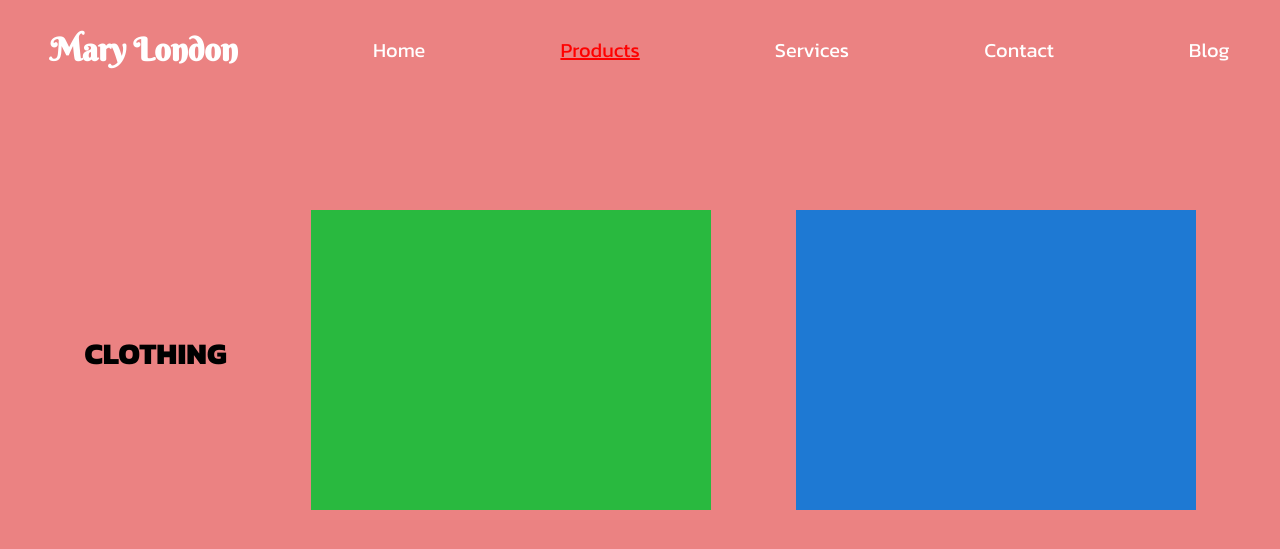
Repository: Habeebur1493/test2
Page: /products/clothing
An editor plug-in stored every save of this project. The page is shown before and after the next save, followed by the edit.
The browser window is 1280 px wide. The pictures show the whole page.
The project was rebuilt for these pictures with package versions that can differ from the ones it lists, and the page was loaded fresh each time. Also part of the build but not shown: vite.config.js, src/Frontend/Loader/loaderstyle.css, src/Frontend/Firstpage/Home.jsx, src/Frontend/Firstpage/Products.jsx, src/Frontend/Firstpage/Services.jsx, src/Frontend/Firstpage/Contact.jsx, src/Frontend/Firstpage/Blog.jsx.

Above is the page before, as saved 2024-12-28 20:51:49.

### index.html
<!doctype html>
<html lang="en">
  <head>
    <meta charset="UTF-8" />
    <meta name="viewport" content="width=device-width, initial-scale=1.0" />
    <link rel="stylesheet" href="https://fonts.googleapis.com/css2?family=Archivo:ital,wght@0,100..900;1,100..900&display=swap">
    <link href='https://unpkg.com/boxicons@2.1.4/css/boxicons.min.css' rel='stylesheet'>
    <title>MaryLondon</title>
  </head>
  <body>


    <div id="root"></div>
    <script type="module" src="/src/main.jsx"></script>
  </body>
</html>

### src/main.jsx
import { createRoot } from "react-dom/client";
import "./index.css";
import App from "./App";
import FrontendContext from "./context/FrontendContext";
import { BrowserRouter } from "react-router-dom";

createRoot(document.getElementById("root")).render(
  <FrontendContext>
    <BrowserRouter>
      <App />
    </BrowserRouter>
  </FrontendContext>
);

### src/App.jsx
import React from "react";
import { Route, Routes } from "react-router-dom";
import Pageloader from "./Frontend/Loader/PageLoader";
import Page1 from "./Frontend/Firstpage/Page1";
import Home from "./Frontend/Firstpage/Home";
import Products from "./Frontend/Firstpage/Products";
import Services from "./Frontend/Firstpage/Services";
import Contact from "./Frontend/Firstpage/Contact";
import Blog from "./Frontend/Firstpage/Blog";
import Nav from "./Frontend/Firstpage/Nav";
import "./App.css";
import "./Frontend/Firstpage/page1.css";
import "./Frontend/Loader/loaderstyle.css";
import ClothingDetails from "./Frontend/Firstpage/ClothingDetails";

const App = () => {
  const banners = [
    "https://s7ap1.scene7.com/is/image/adityabirlafashion/AS_D_HB_285_11_24_WinterRetreat_V1?resMode=sharp2&wid=1600&hei=642",
    "https://m.media-amazon.com/images/S/aplus-media-library-service-media/a79fdedf-c088-4a27-925a-5948d42135e6.__CR0,0,1464,600_PT0_SX1464_V1___.jpg",
    "https://images.hindustantimes.com/tech/img/2021/10/06/1600x900/IMG-20211005-WA0007_1633522371964_1633522436021.jpg",
    "https://www.sony.co.in/content/dam/sony/contents/regional-FSMC/india/common/homepage/primary-tout/2024/cich-bravia/CICH-Banner_D.jpg",
    "https://www.boat-lifestyle.com/cdn/shop/files/480_Desktop_2_1440x.png?v=1733813003",
    "https://graphicsfamily.com/wp-content/uploads/2020/07/Shoes-Advertising-Banner-Design-Template-1536x864.jpg",
  ];

  return (
    <div>
      <Pageloader />
      <Page1 />
      <Nav />
      <Routes>
        <Route path="/" element={<Home banners={banners} />} />
        <Route path="/products" element={<Products />} />
        <Route path="/products/:category" element={<ClothingDetails />} />
        <Route path="/services" element={<Services />} />
        <Route path="/contact" element={<Contact />} />
        <Route path="/blog" element={<Blog />} />
      </Routes>
    </div>
  );
};

export default App;

### src/context/FrontendContext.jsx
import { createContext, useState } from "react";




export const datacontext = createContext(null);

const FrontendContext = (props) => {
  const [data, setData] = useState("");

return (
  <datacontext.Provider value={[data, setData]}>
    {props.children}
  </datacontext.Provider>
);
};

export default FrontendContext;

### src/Frontend/Loader/PageLoader.jsx
import React, { useState, useEffect } from "react";
import { gsap } from "gsap";
import "./loaderstyle.css";





const App = () => {
  const [showScreen, setShowScreen] = useState(true);

  // Helper function to split text into individual letters
  const splitText = (text) =>
    text.split("").map((char, index) => (
      <span key={index} className="letter">
        {char}
      </span>
    ));

  // Part 1: Animation for spinning letters
  useEffect(() => {
    const letters = document.querySelectorAll(".letter");

    const animation = gsap.fromTo(
      letters,
      { rotationY: 0 },
      {
        rotationY: 360,
        duration: 1,
        repeat: -1,
        ease: "power1.inOut",
        stagger: 0.1,
      }
    );

    return () => {
      animation.kill();
    };
  }, []);

  // Part 2: Screen timeout
  useEffect(() => {
    const timer = setTimeout(() => {
      setShowScreen(false);
    }, 3000);

    return () => clearTimeout(timer);
  }, []);

  return (
    <div>
      {showScreen ? (
        <div className="screen">
          <div className="text-container">
            <div className="text">{splitText("Mary")}</div>
            <div className="loader"></div>
            <div className="text">{splitText("London")}</div>
          </div>
        </div>
      ) : (
        <div>

        </div>
      )}
    </div>
  );
};

export default App;

### src/Frontend/Firstpage/Page1.jsx
import React from "react";
import "./page1.css";


const Page1 = () => {
  return (
    <div className="page1">

    </div>
  );
};

export default Page1;

### src/Frontend/Firstpage/Nav.jsx
import React, { useEffect } from "react";
import { NavLink } from "react-router-dom";
import gsap from "gsap";
import "./page1.css";

const Nav = () => {
  const activeStyle = {
    textDecoration: "underline",
    color: "red",

};

  useEffect(() => {
    const navLinks = document.querySelectorAll("nav a");


    // Animate the navigation links
    gsap.from(navLinks, {
      opacity: 0,
      x: -50,
      duration: 1,
      delay: 4,
      stagger: 0.2, // Adds a delay between each link
    });
  }, []);

  return (
    <nav>
      <h1>Mary London</h1>

      <NavLink to="/" style={({ isActive }) => (isActive ? activeStyle : null)}>
        Home
      </NavLink>
      <NavLink to="/products" style={({ isActive }) => (isActive ? activeStyle : null)}>
        Products
      </NavLink>
      <NavLink to="/services" style={({ isActive }) => (isActive ? activeStyle : null)}>
        Services
      </NavLink>
      <NavLink to="/contact" style={({ isActive }) => (isActive ? activeStyle : null)}>
        Contact
      </NavLink>
      <NavLink to="/blog" style={({ isActive }) => (isActive ? activeStyle : null)}>
        Blog
      </NavLink>
    </nav>
  );
};

export default Nav;

### src/App.css
@import url('https://fonts.googleapis.com/css2?family=Berkshire+Swash&display=swap');



body{
    background-color: #cc9b9b;
}

nav{
    display: flex;
    justify-content: space-between;
    align-items: center;
    padding: 0px 50px;
    background-color: #b9abf700;
    color: #fff;


}
nav ul{
    display: flex;
    list-style: none;
    gap: 10px;
    font-size: 20px;
    padding: 20px;
    font-weight: 600;


}
nav ul li a{
    cursor: pointer;
    text-decoration: none;
    color: #fff;

}


.page1{
    height: 100%;
    width: 100%;

}

.logo{
    display: flex;
    align-items: center;
    margin-top: 20px;
}
.logo img{
    width: 120px;
    height: 120px;
    padding-bottom: 15px;
}

.logo h1{
    font-size: 32px;
    color: black;
    font-weight: 900;
    font-family: Berkshire Swash;
    border-bottom: 5px solid black;
    display: inline-block;
    width: 160px;
    text-align: center;

}

### src/Frontend/Firstpage/page1.css
@import url('https://fonts.googleapis.com/css2?family=Berkshire+Swash&display=swap');
@import url('https://fonts.googleapis.com/css2?family=Kanit:ital,wght@0,100;0,200;0,300;0,400;0,500;0,600;0,700;0,800;0,900;1,100;1,200;1,300;1,400;1,500;1,600;1,700;1,800;1,900&display=swap');



body{
  font-family: "Kanit", serif;
  background-image: linear-gradient(to right, #2980b9,#2c3e50);
}


nav{
    display: flex;
    justify-content: space-evenly;
    align-items: center;
    gap: 10px;
    height: 100px;
    width: 100%;
    font-family: "Kanit", serif;
    position: fixed;
    z-index: 1;
    font-size: 20px;
    color: #fff;
}


.page1{
    height: 100%;
    width: 100%;

}
nav h1{
    font-size: 32px;
    color: #fff;
    font-weight: 900;
    font-family: Berkshire Swash;
    text-align: center;
}

.slider-container {
    position: relative;
    width: 80%;
    height: 600px;
    overflow: hidden;
    margin: 0 auto;
    padding-top: 150px;
}

  .slider-wrapper {
    width: 100%;
    height: 100%;
  }

  .slider-content {
    display: flex;
    transition: transform 0.5s ease-in-out;
    height: 100%;
  }

  .slide {
    width: 100%;
    height: 100%;
    flex-shrink: 0;
  }

  .prev-button,
  .next-button {
    position: absolute;
    top: 60%;
    transform: translateY(-50%);
    background: rgba(238, 236, 236, 0.5);
    color: white;
    border: none;
    padding: 10px 15px;
    cursor: pointer;
    z-index: 1000;
    border-radius: 50%;
}

  .prev-button {
    left: 10px;
  }

  .next-button {
    right: 10px;
  }

  .dots {
    position: absolute;
    bottom: 15px;
    left: 50%;
    transform: translateX(-50%);
    display: flex;
    gap: 5px;
  }

  .dot {
    width: 10px;
    height: 10px;
    background: white;
    border-radius: 50%;
    cursor: pointer;
  }

  .dot.active {
    background: black;
  }


  .container{
    grid-template-rows: 2fr 1fr 1fr;
    grid-template-columns: 1fr 1fr 1fr;
    display: grid;
    justify-items: center;
    align-items: center;
    height: 100vh;
    width: 100%;
    z-index: 1;
    padding-top: 90px;
    padding-left: 50px;

  }

  .container .box1{
    background-color: blue;
    height: 200px;
    width: 400px;
    box-shadow: 0 0 10px rgba(0, 0, 0, 0.2);
    transition: transform 0.3s ease-in-out;
    cursor: pointer;
  }
  .container .box2{
    background-color: blue;
    height: 200px;
    width: 400px;
    box-shadow: 0 0 10px rgba(0, 0, 0, 0.2);
    transition: transform 0.3s ease-in-out;
    cursor: pointer;
  }
  .container .box3{
    background-color: blue;
    height: 200px;
    width: 400px;
    box-shadow: 0 0 10px rgba(0, 0, 0, 0.2);
    transition: transform 0.3s ease-in-out;
    cursor: pointer;
  }
 .container .box4{
    background-color: blue;
    height: 200px;
    width: 400px;
    box-shadow: 0 0 10px rgba(0, 0, 0, 0.2);
    transition: transform 0.3s ease-in-out;
    cursor: pointer;
  }
  .container .box5{
    background-color: blue;
    height: 200px;
    width: 400px;
    box-shadow: 0 0 10px rgba(0, 0, 0, 0.2);
    transition: transform 0.3s ease-in-out;
    cursor: pointer;
  }
  .container .box6{
    background-color: blue;
    height: 200px;
    width: 400px;
    box-shadow: 0 0 10px rgba(0, 0, 0, 0.2);
    transition: transform 0.3s ease-in-out;
    cursor: pointer;


}

  .container .box1:hover{
    transform: scale(1.1);
  }
  .container .box2:hover{
    transform: scale(1.1);
  }
  .container .box3:hover{
    transform: scale(1.1);
  }
  .container .box4:hover{
    transform: scale(1.1);
  }
  .container .box5:hover{
    transform: scale(1.1);
  }
  .container .box6:hover{
    transform: scale(1.1);
  }


  .container h1{
    text-align: center;
    color: #fff;
    font-family: 'Gill Sans', 'Gill Sans MT', Calibri, 'Trebuchet MS', sans-serif;
    font-size: 30px;
  }


  .ClothingDetails{
    height: 100vh;
    width: 100%;
    background-color: #eb8282;
  }


  .container1{
  display: flex;
  justify-content: space-evenly;
  align-items: center;
  height: 100vh;
  width: 100%;
}

  .column1{
    height: 300px;
    width: 400px;
    background-color: #29b93f;
  }

  .column2{
    height: 300px;
    width: 400px;
    background-color: #1e79d3;
  }

### src/Frontend/Firstpage/ClothingDetails.jsx
import React from "react";
import "./page1.css";
import { useNavigate, useParams, useLocation } from "react-router-dom";

const ClothingDetails = () => {
  const params = useParams();
  const loacation = useLocation();

  console.log(loacation);

  return (
    <div className="ClothingDetails">
      <div className="container1">
        <h1 className="text-3xl font-extrabold mb-3">
          {params.category.toLocaleUpperCase()}
        </h1>

        <div className="column1"></div>
        <div className="column2"></div>
      </div>
    </div>
  );
};

export default ClothingDetails;

Loaded but not shown: src/index.css (common file); tailwind.config.js (common file)

After the next save:
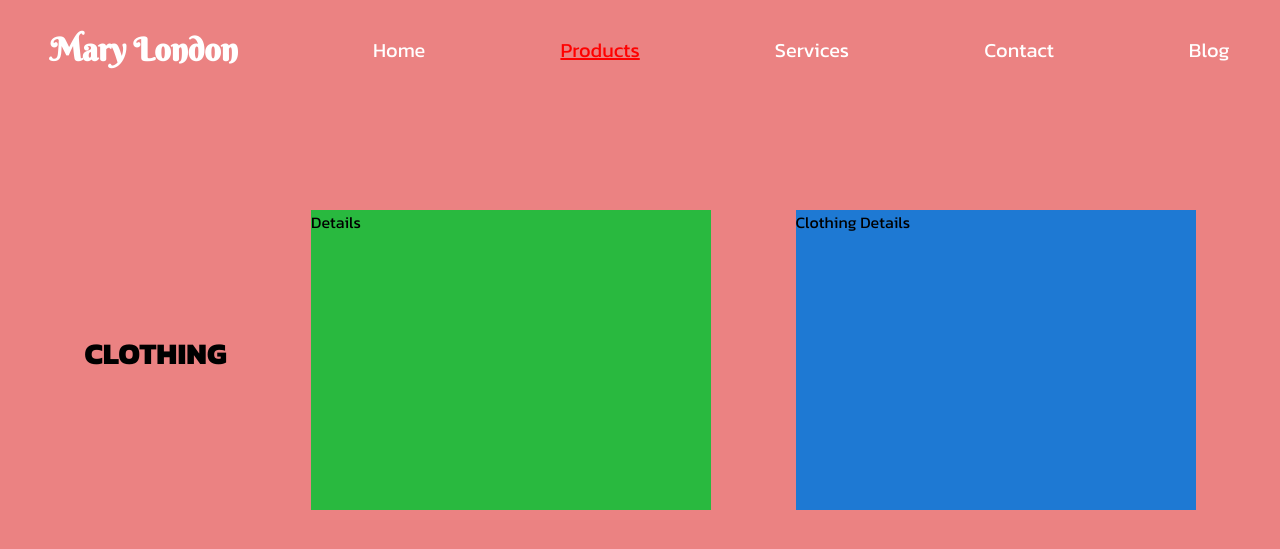
Saved 74 s later.
--- a/src/Frontend/Firstpage/ClothingDetails.jsx
+++ b/src/Frontend/Firstpage/ClothingDetails.jsx
@@ -15,8 +15,12 @@ const ClothingDetails = () => {
           {params.category.toLocaleUpperCase()}
         </h1>
 
-        <div className="column1"></div>
-        <div className="column2"></div>
+        <div className="column1">
+        <h1>Details</h1>
+        </div>
+        <div className="column2">
+          <h1>Clothing Details</h1>
+        </div>
       </div>
     </div>
   );
